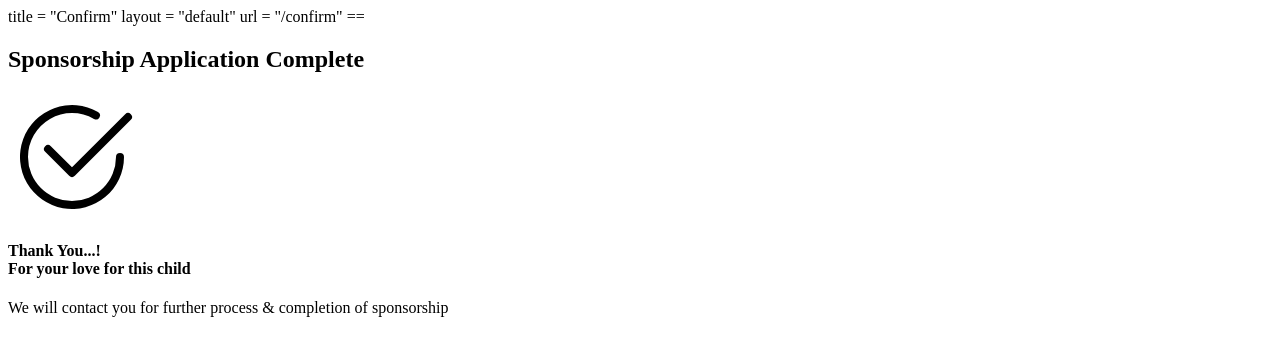
Repository: Thulaa123/sponsorchild
Page: themes/sponsor-child-theme/pages/confirmation.htm
The author's editor kept a copy of each file at every save. The page is drawn from the files as they stood at one save, then again after the next save.
The browser window is 1280 px wide. The pictures show the whole page.

Above is the page before, as saved 2022-07-14 15:17:15.

### themes/sponsor-child-theme/pages/confirmation.htm
title = "Confirm"
layout = "default"
url = "/confirm"

==

<!-- wpo-event-area start -->
<div class="wpo-event-area-s2" style="padding-bottom: 24px !important; ">
    <div class="container">
        <div class="row justify-content-center">
            <div class="col-lg-12">
                <div class="wpo-section-title justify-content-center">
                    <h2>Sponsorship Application Complete</h2>
                    <div class="large-icon text-success">
                        <svg xmlns="http://www.w3.org/2000/svg" width="10vw" height="10vw" fill="currentColor" class="bi bi-check2-circle" viewBox="0 0 16 16">
                            <path d="M2.5 8a5.5 5.5 0 0 1 8.25-4.764.5.5 0 0 0 .5-.866A6.5 6.5 0 1 0 14.5 8a.5.5 0 0 0-1 0 5.5 5.5 0 1 1-11 0z"/>
                            <path d="M15.354 3.354a.5.5 0 0 0-.708-.708L8 9.293 5.354 6.646a.5.5 0 1 0-.708.708l3 3a.5.5 0 0 0 .708 0l7-7z"/>
                          </svg>
                    </div>
                    <h4>Thank You...! <br>For your love for this child</h4>
                    <p class="justify-content-center">We will contact you for further process & completion of sponsorship</p>
                </div>
            </div>
        </div>
    </div>
</div>
<!-- wpo-event-area end -->

After the next save:
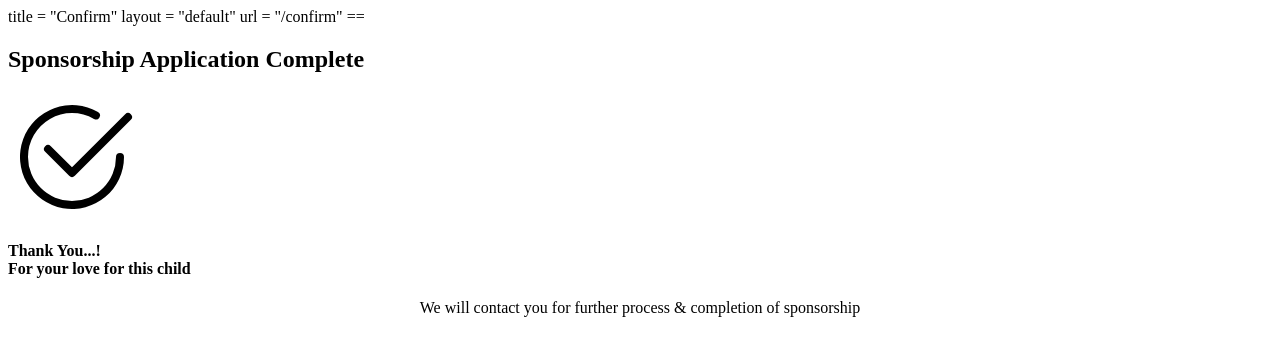
Saved 42 s later.
--- a/themes/sponsor-child-theme/pages/confirmation.htm
+++ b/themes/sponsor-child-theme/pages/confirmation.htm
@@ -18,7 +18,7 @@ url = "/confirm"
                           </svg>
                     </div>
                     <h4>Thank You...! <br>For your love for this child</h4>
-                    <p class="justify-content-center">We will contact you for further process & completion of sponsorship</p>
+                    <center><p>We will contact you for further process & completion of sponsorship</p></center>
                 </div>
             </div>
         </div>
